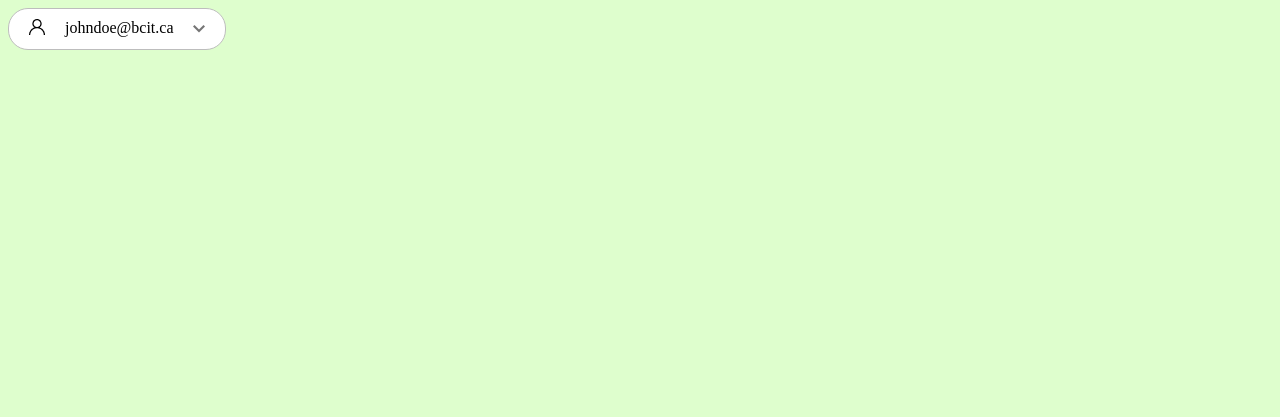
Repository: kerudai/mdiat3126nextapp
Page: /
The author's editor kept a copy of each file at every save. The page is drawn from the files as they stood at one save, then again after the next save.
The browser window is 1280 px wide. The pictures show the whole page.
The project was rebuilt for these pictures with package versions that can differ from the ones it lists, and the page was loaded fresh each time. The framework's server and built-in components were replaced by stand-ins that run in the browser.

Above is the page before, as saved 2020-09-29 21:47:38.

### pages/_app.js
import './app.scss';

function MyApp({ Component, pageProps }) {
  return <Component {...pageProps} />
}

export default MyApp

### pages/index.js
import React from 'react';
import Menu from '../comps/Menu';
import Content from '../comps/Content';

export default function Home() {
  return <div className="home">
    <div className="content">
      <Content />
    </div>
    <div className="menu">
      <Menu />
    </div>
  </div>

}

### pages/app.scss
$fs:18px;

@mixin flexIt {
    display:flex;
    align-items: center;
    justify-content: center;
}

@import './index.scss';

### comps/Menu/index.js
import React, {useState, useEffect} from 'react';
import styled from 'styled-components';

const Container = styled.div`
    display: inline-flex;
    flex-direction: column;
`;
const DropDownMenu = styled.div`
    border: 1px solid #BDBDBD;
    box-sizing: border-box;
    border-radius: 20px;
    display: inline-flex;
    justify-content: center:
    align-items: center;
    cursor: pointer;
    background-color: #FFF;
    transition: background-color 0.5s;
    &:hover {
        background-color: #DDD;
    }
`;

const DropDownBox = styled.div`
width: 100%;
padding: 10px;
display: flex;
div {
    margin: 0 10px;
}
`;

const Expand = styled.div`
    background: #FFFFFF;
    border: 1px solid #EAEAEA;
    box-sizing: border-box;
    box-shadow: 5px 0px 18px rgba(0, 0, 0, 0.08);
    display: ${props=>props.expanded ? "inline-flex" : "hidden"};
    height: ${props=>props.expanded ? "auto" : "0px"};
    font-size: ${props=>props.expanded ? "18px" : "0px"};
    opacity: ${props=>props.expanded ? 1 : 0};
    transition: opacity 0.5s;
    flex-direction: column;
    margin-top: 10px;
    div {
        padding: ${props=>props.expanded ? "10px 15px" : "0px"};
        margin: ${props=>props.expanded ? "5px 0" : "0px"};
        cursor: pointer;
        &:hover {
            background-color:#DDD;
        }
    }
`;

//To let the dropdown arrow rotate
const ExpandImg = styled.img`

`;

const Menu = ({expand}) => {
    const [expanded, setExpanded] = useState(false);

    useEffect(()=>{
        setExpanded(expand);
    },[expand])

    return <Container>
        <DropDownMenu onClick = {()=>{
            setExpanded(!expanded);
        }}>
            <DropDownBox>
                <div><img src="/user.png" /></div>
                <div>johndoe@bcit.ca</div>
                <div><ExpandImg src="/expand.png" /></div>
            </DropDownBox>
        </DropDownMenu>
        <Expand expanded = {expanded}>
            <div>Change BG Color</div>
            <div>Change BG Image</div>
            <div>Help</div>
        </Expand>
    </Container>
}

Menu.defaultProps = {
    expand: false
}

export default Menu;

### comps/Content/index.js
import React from 'react';
import styled from 'styled-components';

const Container = styled.div`
    width: 100%;
    height: 100%;
    background-color: #DEFECD;
    min-width: 10px;
    min-height: 10px;
`;

const Content = ({children}) => {
    return <Container>
        {children}
    </Container>
}

export default Content;

### pages/index.scss
.home {
    .menu {
        position: relative;
        z-index: 1;
    }
    .content {
        position: fixed;
        left: 0;
        top: 0;
        width: 100vw;
        height: 100vh;
        z-index: -1;

        & > div {
            @include flexIt();
        }
    }
}

After the next save:
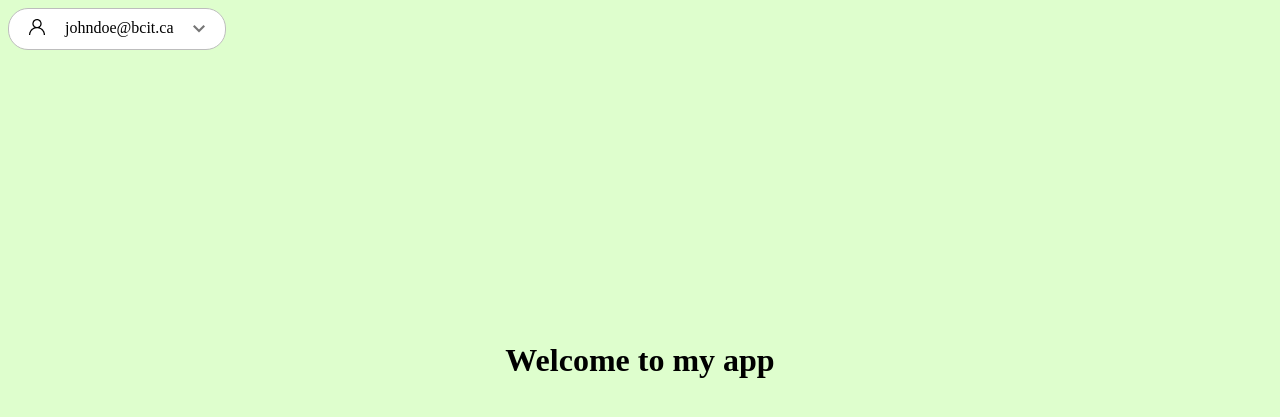
Saved 53 s later.
--- a/pages/index.js
+++ b/pages/index.js
@@ -5,7 +5,9 @@ import Content from '../comps/Content';
 export default function Home() {
   return <div className="home">
     <div className="content">
-      <Content />
+      <Content>
+        <h1>Welcome to my app</h1>
+      </Content>
     </div>
     <div className="menu">
       <Menu />
